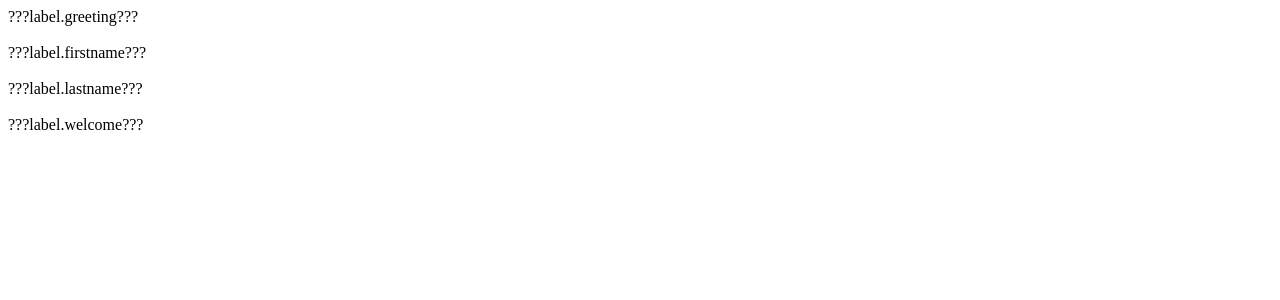
Repository: ddwysg1/JSP-Servlets-and-JDBC-for-beginners
Page: http://localhost/tagdemo/i18n-message-test.jsp
An editor plug-in stored every save of this project. The page is shown before and after the next save, followed by the edit.
The browser window is 1280 px wide. The pictures show the whole page.
The page is served by Tomcat 9.

Above is the page before, as saved 2018-07-17 08:32:20.

After the next save:
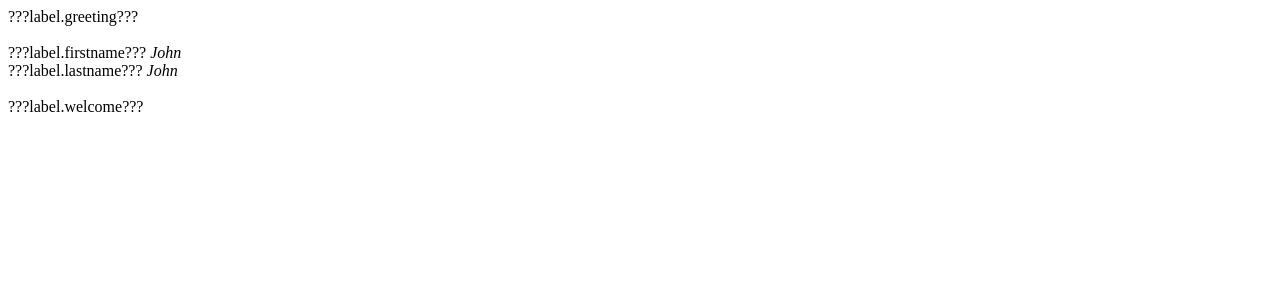
Saved 45 s later.
--- a/connection_test/tagdemo/WebContent/i18n-message-test.jsp
+++ b/connection_test/tagdemo/WebContent/i18n-message-test.jsp
@@ -5,8 +5,8 @@
 <html>
 <body>
 <fmt:message key = "label.greeting" /> <br/> <br/>
-<fmt:message key = "label.firstname" /> <br/> <br/>
-<fmt:message key = "label.lastname" /> <br/> <br/>
-<fmt:message key = "label.welcome" /> <br/> <br/>
+<fmt:message key = "label.firstname" /> <i> John </i> <br/>
+<fmt:message key = "label.lastname" /> <i> John </i> <br/> <br/>
+<fmt:message key = "label.welcome" /> <br/>
 </body>
 </html>
